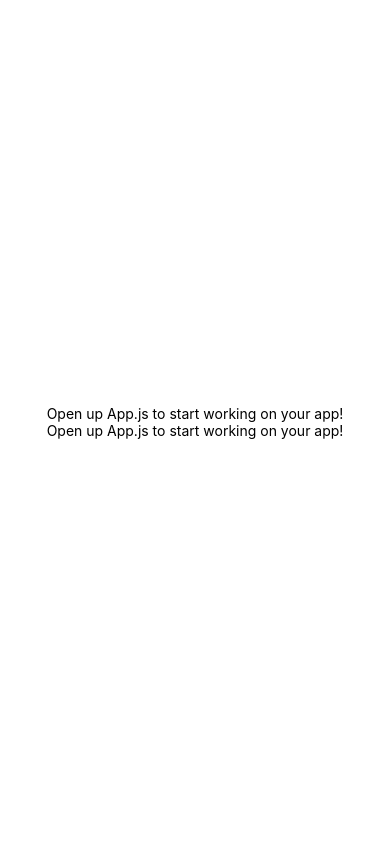
Repository: evergreenx/Panda-Music
Screen: /
These files come from the project's save history. The screen is drawn as it stood at one moment and after a run of saves; the edit follows.
The app was drawn by React Native's web renderer in a window 390 px wide. The project was rebuilt for these pictures with package versions that can differ from the ones it lists, and the page was loaded fresh each time. Some packages were replaced by stand-ins written for this rebuild.

Above is the screen before, as saved 2022-05-17 18:01:30.

### App.js
import { StatusBar } from "expo-status-bar";
import React from "react";
import { StyleSheet, Text, View } from "react-native";

export default function App() {
  return (
    <View style={styles.container}>
      <Text>Open up App.js to start working on your app!</Text>
      <StatusBar style="auto" />
      <Text>Open up App.js to start working on your app!</Text>
    </View>
  );
}

const styles = StyleSheet.create({
  container: {
    flex: 1,
    backgroundColor: "#fff",
    alignItems: "center",
    justifyContent: "center",
  },
});

Loaded but not shown: index.js (common file)

After the next 2 saves:
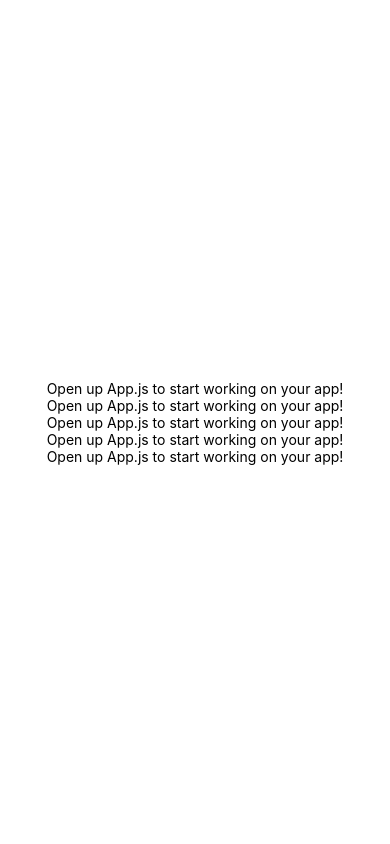
The 2 saves are shown as one change because they came seconds apart.
The last was saved 12 s later.
--- a/App.js
+++ b/App.js
@@ -7,6 +7,12 @@ export default function App() {
     <View style={styles.container}>
       <Text>Open up App.js to start working on your app!</Text>
       <StatusBar style="auto" />
+
+      <Text>Open up App.js to start working on your app!</Text>
+
+      <Text>Open up App.js to start working on your app!</Text>
+      <Text>Open up App.js to start working on your app!</Text>
+
       <Text>Open up App.js to start working on your app!</Text>
     </View>
   );
